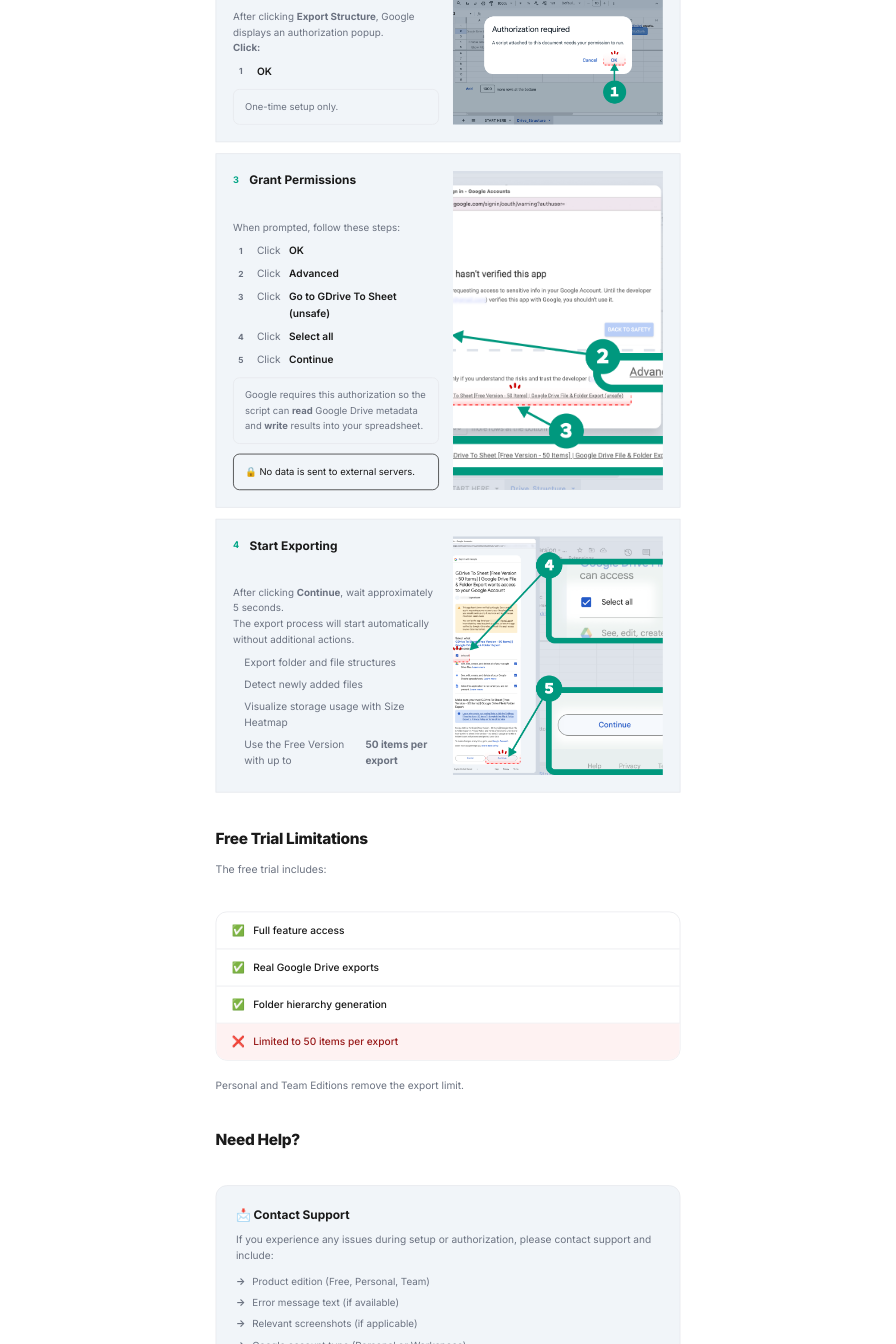
Repository: toishitool/gdrive-to-sheet
Page: free-thanks.html
An editor plug-in stored every save of this project. The page is shown before and after the next save, followed by the edit.
The browser window is 1280 px wide. The pictures show the part of the page from y = 1303 to 3223 px (the page is 4401 px tall before and 4250 px after), at 70% of full size.

Above is the page before, as saved 2026-06-23 08:33:56.

### free-thanks.html
<!DOCTYPE html>
<html lang="en" class="scroll-smooth">

<head>
  <meta charset="UTF-8" />
  <meta name="viewport" content="width=device-width, initial-scale=1.0" />
  <title>Thank You for Downloading – GDrive To Sheet</title>
  <meta name="description"
    content="Your free trial copy of GDrive To Sheet is ready. Follow the setup steps to get started." />
  <meta name="robots" content="noindex" />
  <link rel="preconnect" href="https://fonts.googleapis.com" />
  <link rel="preconnect" href="https://fonts.gstatic.com" crossorigin />
  <link href="https://fonts.googleapis.com/css2?family=Inter:wght@300;400;500;600;700;800&display=swap"
    rel="stylesheet" />
  <link rel="stylesheet" href="style.css" />
  <link href="https://fonts.googleapis.com/css2?family=Inter:wght@300;400;500;600;700;800&display=swap"
    rel="stylesheet" />

</head>

<body>

  <div id="header-container"></div>


  <main>

    <!-- HERO / CONFIRMATION -->
    <section class="hero">
      <div class="container">
        <div class="celebrate-icon">🎉</div>
        <h1>Thank You!</h1>
        <p class="sub">Your free trial copy of GDrive To Sheet should have opened in a new tab. If the spreadsheet did
          not open automatically, click the button below:</p>
        <a href="https://docs.google.com/spreadsheets/d/REPLACE_WITH_TEMPLATE_ID/copy"
          class="btn btn-secondary open-trial-btn">
          <svg width="16" height="16" fill="none" stroke="currentColor" stroke-width="2.5" viewBox="0 0 24 24">
            <path d="M18 13v6a2 2 0 0 1-2 2H5a2 2 0 0 1-2-2V8a2 2 0 0 1 2-2h6" />
            <polyline points="15 3 21 3 21 9" />
            <line x1="10" y1="14" x2="21" y2="3" />
          </svg>
          Open Free Trial Spreadsheet
        </a>
        <p class="open-note">Opens a copy directly in your own Google account.</p>
      </div>
    </section>

    <div class="page-wrap">
      <div class="container">

        <!-- Before You Start -->
        <div class="info-banner">
          <span class="icon">ℹ️</span>
          <p><strong>Before You Start:</strong> The Free Version allows you to export up to <strong>50 items per
              export</strong> so you can verify compatibility with your Google account and workflow before upgrading.
          </p>
        </div>

        <!-- First-Time Setup -->
        <div class="section">
          <span class="eyebrow">Required Once</span>
          <h2>First-Time Setup</h2>
          <p>Follow these steps the first time you use the spreadsheet. Google requires a one-time authorization before
            the first export.</p>
        </div>

        <!-- Step 1 -->
<div class="step-card" data-step="0">
  <div class="step-card-head">
    <div class="step-num">1</div>
    <h3>Open the Drive_Structure Sheet</h3>
  </div>
  <div class="step-image-wrapper" onclick="openModal(0)">
    <img src="images/allow01.png" alt="Step 1">
  </div>
  <div class="step-text-content">
    <p>Inside your copied spreadsheet:</p>
    <ol class="ordered-list">
      <li>Open the <strong>Drive_Structure</strong> sheet</li>
      <li>Paste a Google Drive URL into cell <strong>B2</strong></li>
      <li>Click <strong>Export Structure</strong></li>
    </ol>
  </div>
</div>

<div class="step-card" data-step="1">
  <div class="step-card-head">
    <div class="step-num">2</div>
    <h3>Approve Google Authorization</h3>
  </div>
  <div class="step-image-wrapper" onclick="openModal(1)">
    <img src="images/allow02.png" alt="Step 2">
  </div>
  <div class="step-text-content">
     <p>After clicking <strong>Export Structure</strong>, Google displays an authorization popup.</p>

  <p><strong>Click:</strong></p>

  <ol class="ordered-list">
    <li><strong>OK</strong></li>
  </ol>

  <div class="note-callout">
    One-time setup only.
  </div>
  </div>
</div>

<div class="step-card" data-step="2">
  <div class="step-card-head">
    <div class="step-num">3</div>
    <h3>Grant Permissions</h3>
  </div>
  <div class="step-image-wrapper" onclick="openModal(2)">
    <img src="images/allow03.png" alt="Step 3">
  </div>
  <div class="step-text-content">
    <p>When prompted, follow these steps:</p>
    <ol class="ordered-list">
      <li>Click <strong>OK</strong></li>
      <li>Click <strong>Advanced</strong></li>
      <li>Click <strong>Go to GDrive To Sheet (unsafe)</strong></li>
      <li>Click <strong>Select all</strong></li>
      <li>Click <strong>Continue</strong></li>
    </ol>
    <div class="note-callout">
      Google requires this authorization so the script can <strong>read</strong> Google Drive metadata and <strong>write</strong> results into your spreadsheet.
    </div>
    <div class="note-callout privacy">
      🔒 No data is sent to external servers.
    </div>
  </div>
</div>

<div class="step-card" data-step="3">
  <div class="step-card-head">
    <div class="step-num">4</div>
    <h3>Start Exporting</h3>
  </div>
  <div class="step-image-wrapper" onclick="openModal(3)">
    <img src="images/allow04.png" alt="Step 4">
  </div>
  <div class="step-text-content">
    <p>After clicking <strong>Continue</strong>, wait approximately 5 seconds.</p>
    <p>The export process will start automatically without additional actions.</p>
    <ul class="bullet-list">
      <li>Export folder and file structures</li>
      <li>Detect newly added files</li>
      <li>Visualize storage usage with Size Heatmap</li>
      <li>Use the Free Version with up to <strong>50 items per export</strong></li>
    </ul>
  </div>
</div>

        <!-- Free Trial Limitations -->
        <div class="section" style="margin-top:48px;">
          <h2>Free Trial Limitations</h2>
          <p>The free trial includes:</p>
        </div>
        <div class="limit-table" style="margin-bottom:48px;">
          <div class="limit-row yes"><span class="li-icon">✅</span> Full feature access</div>
          <div class="limit-row yes"><span class="li-icon">✅</span> Real Google Drive exports</div>
          <div class="limit-row yes"><span class="li-icon">✅</span> Folder hierarchy generation</div>
          <div class="limit-row no"><span class="li-icon">❌</span> Limited to 50 items per export</div>
        </div>
        <p style="font-size:14.5px;color:var(--text-muted);margin-top:-24px;margin-bottom:48px;">Personal and Team
          Editions remove the export limit.</p>

        <!-- Need Help -->
        <div class="section">
          <h2>Need Help?</h2>
        </div>
        <div class="help-card" style="margin-bottom:56px;">
          <h3>📩 Contact Support</h3>
          <p>If you experience any issues during setup or authorization, please contact support and include:</p>
          <ul class="help-checklist">
            <li>Product edition (Free, Personal, Team)</li>
            <li>Error message text (if available)</li>
            <li>Relevant screenshots (if applicable)</li>
            <li>Google account type (Personal or Workspace)</li>
          </ul>
          <p style="margin-bottom:0;">We will be happy to help. <a href="mailto:toishitool@gmail.com"
              style="color:var(--green);font-weight:600;text-decoration:none;border-bottom:1px solid rgba(0,165,134,0.3);">contact@example.com</a>
          </p>
        </div>


      </div>
    </div>

  </main>

  <section class="upsell reveal" aria-labelledby="upsell-heading">
    <div class="container">
      <div class="upsell-inner">
        <span class="eyebrow">Need More?</span>
        <h2 id="upsell-heading">Need unlimited exports?</h2>

        <div class="upsell-card">
          <div class="upsell-card-header">
            <span class="upsell-name">Personal Edition</span>
            <span class="upsell-badge">Most Popular</span>
          </div>
          <div class="upsell-price">
            <span class="now">$29</span>
            <span class="was">$49</span>
          </div>
          <div class="upsell-launch">🎉 Launch price — save $20</div>
          <div class="upsell-divider"></div>
          <ul class="price-features">
            <li>
              <svg width="15" height="15" fill="none" stroke="var(--primary)" stroke-width="2.5" viewBox="0 0 24 24">
                <polyline points="20 6 9 17 4 12" />
              </svg>
              <span><strong>Unlimited exports</strong></span>
            </li>
            <li>
              <svg width="15" height="15" fill="none" stroke="var(--primary)" stroke-width="2.5" viewBox="0 0 24 24">
                <polyline points="20 6 9 17 4 12" />
              </svg>
              <span>All core features included</span>
            </li>
            <li>
              <svg width="15" height="15" fill="none" stroke="var(--primary)" stroke-width="2.5" viewBox="0 0 24 24">
                <polyline points="20 6 9 17 4 12" />
              </svg>
              <span>Auto-resume processing</span>
            </li>
            <li>
              <svg width="15" height="15" fill="none" stroke="var(--primary)" stroke-width="2.5" viewBox="0 0 24 24">
                <polyline points="20 6 9 17 4 12" />
              </svg>
              <span>Tested on datasets with 50,000+ items</span>
            </li>
            <li>
              <svg width="15" height="15" fill="none" stroke="var(--primary)" stroke-width="2.5" viewBox="0 0 24 24">
                <polyline points="20 6 9 17 4 12" />
              </svg>
              <span>Single-user license — 1 user only</span>
            </li>
            <li>
              <svg width="15" height="15" fill="none" stroke="var(--primary)" stroke-width="2.5" viewBox="0 0 24 24">
                <polyline points="20 6 9 17 4 12" />
              </svg>
              <span><strong>Lifetime license — one-time purchase</strong></span>
            </li>

          </ul>
          <a href="personal-edition.html" class="btn btn-primary upsell-btn">Upgrade to Personal</a>
        </div>
      </div>
    </div>
  </section>

  <div id="footer-container"></div>
  <script src="js/common.js"></script>

<!-- ステップ詳細モーダル -->
<div id="step-modal" style="display: none;" class="modal-overlay" onclick="if (event.target === this) closeModal();">
  <div class="modal-content">

    <!-- 右上の閉じるボタン -->
    <span class="close-btn" onclick="closeModal()" role="button" tabindex="0" aria-label="閉じる">&times;</span>

    <!-- 左右のナビゲーションボタン -->
    <button class="nav-btn prev-btn" onclick="navigateStep(-1)" aria-label="前のステップ">&lsaquo;</button>
    <button class="nav-btn next-btn" onclick="navigateStep(1)" aria-label="次のステップ">&rsaquo;</button>

    <!-- 画像 -->
    <img id="modal-img" src="" alt="">

    <!-- 見出し＋補足文言（縦積み） -->
    <div class="modal-text-area">
      <h3 id="modal-title"></h3>
      <p id="modal-body"></p>
    </div>

  </div>
</div>


</body>

</html>

### header.html
<nav aria-label="Main navigation">
  <div class="nav-inner">
    <a href="index.html" class="nav-logo">
      <img src="images/logo_gdrivetosheet.png" alt="GDrive To Sheet" />
    </a>
    <a href="index.html" class="nav-back hover-underline">
      <svg width="14" height="14" fill="none" stroke="currentColor" stroke-width="2.5" viewBox="0 0 24 24"><polyline points="15 18 9 12 15 6"/></svg>
      Back to Home
    </a>
  </div>
</nav>

### footer.html
<footer role="contentinfo" class="footer">
  <div class="container">
    <div class="footer-inner">
      <a href="index.html" class="footer-logo">
        <img src="images/logo_gdrivetosheet_dk.png" alt="GDrive To Sheet Home" />
      </a>

      <div class="footer-links">
        <a href="privacy-policy.html">Privacy Policy</a>
        <a href="terms.html">Terms of Use</a>
        <a href="license.html">License Terms</a>
        <a href="refund-policy.html">Refund Policy</a>
        <a href="contact.html">Contact</a>
        <a href="support.html">Support &amp; FAQ</a>
      </div>

      <div class="footer-bottom-text">
        <span class="footer-copy">Independent software by ToishiTool</span>
        <span class="footer-copy">
          © <span id="year"></span> ToishiTool. All rights reserved.
        </span>

        <script>
          document.getElementById("year").textContent =
            new Date().getFullYear();
        </script>
      </div>
    </div>
  </div>
</footer>

Loaded but not shown: js/common.js (83 lines, source omitted); style.css (3272 lines, source omitted)

After the next save:
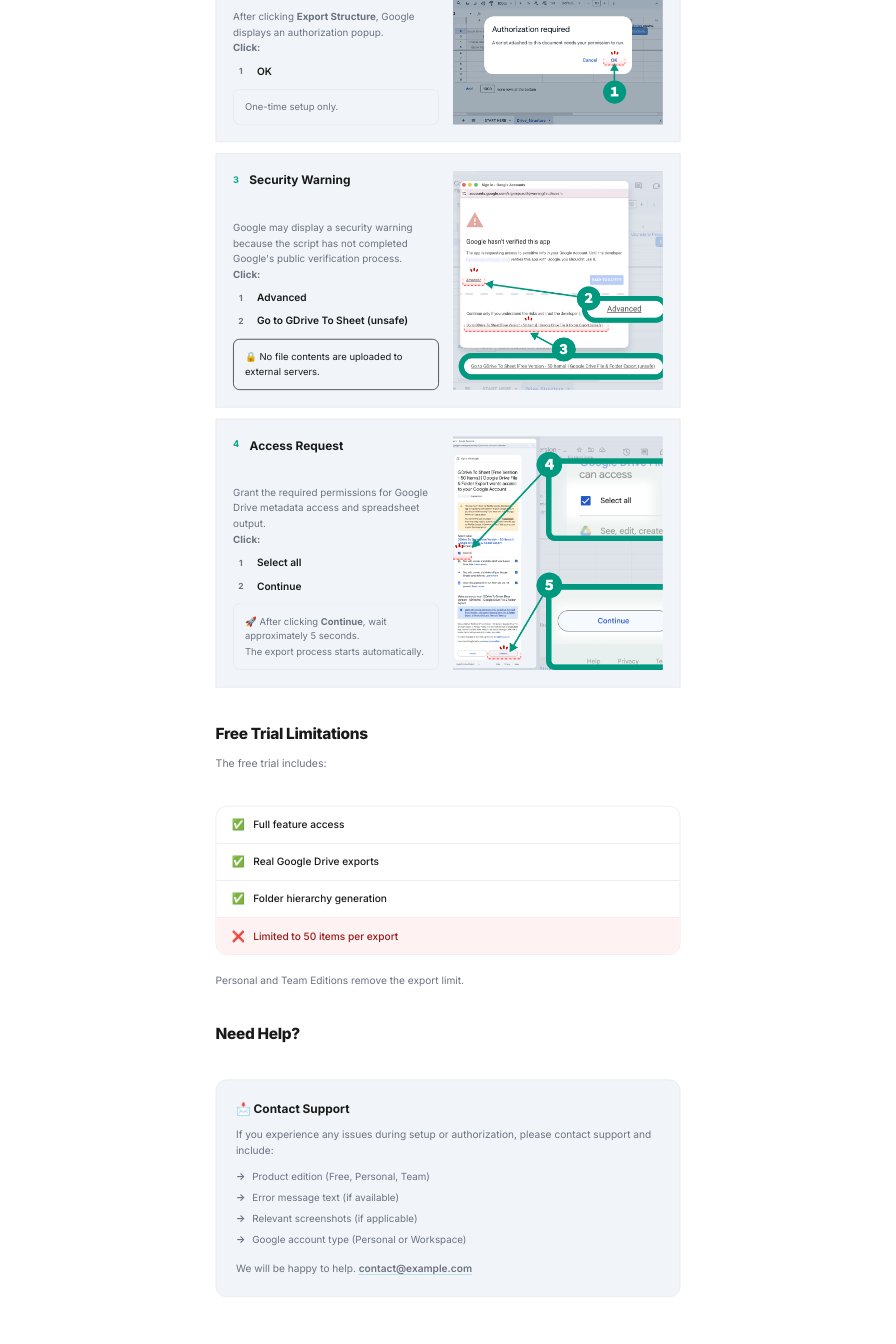
Saved 2 min 51 s later.
--- a/free-thanks.html
+++ b/free-thanks.html
@@ -109,46 +109,49 @@
 <div class="step-card" data-step="2">
   <div class="step-card-head">
     <div class="step-num">3</div>
-    <h3>Grant Permissions</h3>
+    <h3>Security Warning</h3>
   </div>
   <div class="step-image-wrapper" onclick="openModal(2)">
     <img src="images/allow03.png" alt="Step 3">
   </div>
   <div class="step-text-content">
-    <p>When prompted, follow these steps:</p>
-    <ol class="ordered-list">
-      <li>Click <strong>OK</strong></li>
-      <li>Click <strong>Advanced</strong></li>
-      <li>Click <strong>Go to GDrive To Sheet (unsafe)</strong></li>
-      <li>Click <strong>Select all</strong></li>
-      <li>Click <strong>Continue</strong></li>
-    </ol>
-    <div class="note-callout">
-      Google requires this authorization so the script can <strong>read</strong> Google Drive metadata and <strong>write</strong> results into your spreadsheet.
-    </div>
-    <div class="note-callout privacy">
-      🔒 No data is sent to external servers.
-    </div>
+    <p>Google may display a security warning because the script has not completed Google's public verification process.</p>
+
+  <p><strong>Click:</strong></p>
+
+  <ol class="ordered-list">
+    <li><strong>Advanced</strong></li>
+    <li><strong>Go to GDrive To Sheet (unsafe)</strong></li>
+  </ol>
+
+  <div class="note-callout privacy">
+    🔒 No file contents are uploaded to external servers.
+  </div>
   </div>
 </div>
 
 <div class="step-card" data-step="3">
   <div class="step-card-head">
     <div class="step-num">4</div>
-    <h3>Start Exporting</h3>
+    <h3>Access Request</h3>
   </div>
   <div class="step-image-wrapper" onclick="openModal(3)">
     <img src="images/allow04.png" alt="Step 4">
   </div>
   <div class="step-text-content">
-    <p>After clicking <strong>Continue</strong>, wait approximately 5 seconds.</p>
-    <p>The export process will start automatically without additional actions.</p>
-    <ul class="bullet-list">
-      <li>Export folder and file structures</li>
-      <li>Detect newly added files</li>
-      <li>Visualize storage usage with Size Heatmap</li>
-      <li>Use the Free Version with up to <strong>50 items per export</strong></li>
-    </ul>
+    <p>Grant the required permissions for Google Drive metadata access and spreadsheet output.</p>
+
+  <p><strong>Click:</strong></p>
+
+  <ol class="ordered-list">
+    <li><strong>Select all</strong></li>
+    <li><strong>Continue</strong></li>
+  </ol>
+
+  <div class="note-callout">
+    🚀 After clicking <strong>Continue</strong>, wait approximately 5 seconds.<br>
+    The export process starts automatically.
+  </div>
   </div>
 </div>
 
